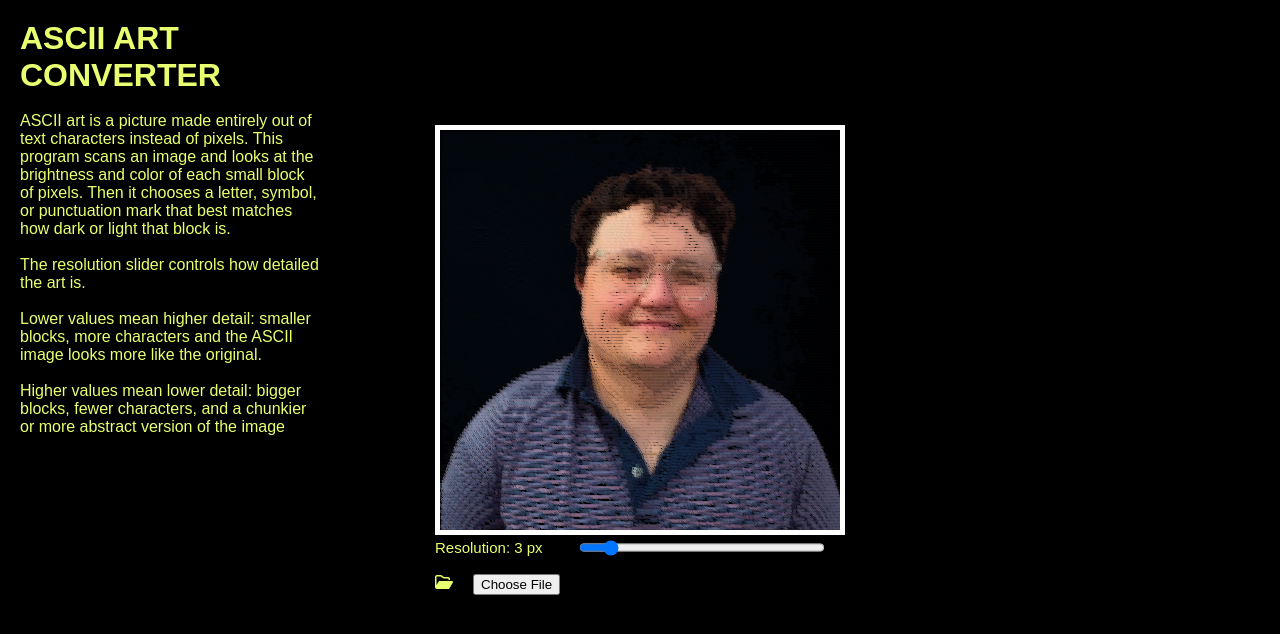
Repository: rosieomusic/ascii-art
Page: index.html
The author's editor kept a copy of each file at every save. The page is drawn from the files as they stood at one save, then again after the next save.
The browser window is 1280 px wide. The pictures show the whole page.
Some web libraries are served in a nearby version.

Above is the page before, as saved 2025-05-06 16:38:58.

### index.html
<!DOCTYPE html>
<html>
	<head>
		<meta charset="UTF-8" />
		<meta
			http-equiv="X-UA-Compatible"
			content="IE-edge"
		/>
		<title>ASCII CONVERTER</title>
		<link
			rel="stylesheet"
			href="styles.css"
		/>
		<script
			src="https://kit.fontawesome.com/56e0d45a0e.js"
			crossorigin="anonymous"
		></script>
	</head>
	<body>
		<div class="container">
			<canvas id="canvas1"></canvas>
			<div class="controls">
				<label
					for="resolution"
					id="resolutionLabel"
					>Resolution 5 px</label
				>
				<input
					type="range"
					id="resolution"
					name="resolution"
					min="1"
					max="20"
					value="3"
				/>
			</div>
			<br />
			<div id="upload">
				<i class="fa-regular fa-folder-open"></i>
				<input
					type="file"
					id="imageUpload"
					accept="image/*"
				/>
				<pre id="ascii-output"></pre>
				<canvas
					id="canvas2"
					style="display: none"
				></canvas>
			</div>
		</div>
		<div id="explaination">
			<h1>ASCII ART CONVERTER</h1>
			<br />
			<p>
				ASCII art is a picture made entirely out of text characters instead of
				pixels. This program scans an image and looks at the brightness and
				color of each small block of pixels. Then it chooses a letter, symbol,
				or punctuation mark that best matches how dark or light that block is.
			</p>
			<br />
			<p>The resolution slider controls how detailed the art is.</p>
			<br />
			<p>
				Lower values mean higher detail: smaller blocks, more characters and the
				ASCII image looks more like the original.
			</p>
			<br />
			<p>
				Higher values mean lower detail: bigger blocks, fewer characters, and a
				chunkier or more abstract version of the image
			</p>
		</div>

		<script src="script.js"></script>
	</body>
</html>

### styles.css
* {
	margin: 0;
	padding: 0;
	/* box-sizing: border-box; */
}
body {
	background: black;
}
.container {
	position: absolute;
	top: 50%;
	left: 50%;
	transform: translate(-50%, -50%);
}
#canvas1 {
	border: 5px solid white;
}
.controls {
	display: flex;
}
.controls > input {
	width: 60%;
}
.controls > label {
	font-family: Arial, Helvetica, sans-serif;
	width: 35%;
	color: #e9ff70;
	font-size: 15px;
}
i {
	color: #e9ff70;
	margin-right: 20px;
}
#upload {
	display: flex;
}
button {
	border-radius: 20px;
}

#explaination {
	font-family: Arial, Helvetica, sans-serif;
	margin: 20px;
	width: 300px;
	color: #e9ff70;
}

### script.js
const inputSlider = document.getElementById('resolution');
const inputLabel = document.getElementById('resolutionLabel');
const canvas = document.getElementById('canvas1');
const ctx = canvas.getContext('2d');

const image1 = new Image();
image1.src = 'img/roseomalleyheadshotblack.png';
inputSlider.addEventListener('change', handleSlider);

const imageUpload = document.getElementById('imageUpload');

imageUpload.addEventListener('change', function (event) {
	const file = event.target.files[0];
	if (!file) return;

	const reader = new FileReader();
	reader.onload = function (e) {
		image1.src = e.target.result; // This re-triggers image1.onload
	};
	reader.readAsDataURL(file);
});

class Cell {
	constructor(x, y, symbol, color, size) {
		this.x = x;
		this.y = y;
		this.symbol = symbol;
		this.color = color;
		this.size = size;
		//this.padding = this.size * 0.2;
	}
	draw(ctx) {
		ctx.font = `${this.size * 2}px Courier New`;
		//ctx.fillStyle = 'yellow';
		ctx.fillText(this.symbol, this.x + 1, this.y + 1, +this.size);

		ctx.fillStyle = this.color;
		ctx.fillText(this.symbol, this.x, this.y, this.size);
		ctx.textBaseline = 'top';
	}
}
class AsciiEffect {
	#imageCellArray = [];
	#pixels = [];
	#ctx;
	#width;
	#height;
	constructor(ctx, width, height) {
		this.#ctx = ctx;
		this.#width = width;
		this.#height = height;
		this.#ctx.drawImage(image1, 0, 0, this.#width, this.#height);
		this.#pixels = this.#ctx.getImageData(0, 0, this.#width, this.#height);
		//console.log(this.#pixels.data);
	}
	#convertToSymbol(g) {
		// @#W$9876543210?!abc;:+=-,._
		// .,:ilwW"
		// '$@B%8&WM#*oahkbdpqwmZO0QLCJUYXzcvunxrjft/|()1{}[]?-_+~<>i!lI;:,"^`'
		//`^",:;Il!i><~+_-?][}{1)(|/tfjrxnuvczXYUJCLQ0OZmwqpdbkhao*#MW&8%B@$

		const asciiGradient =
			' .`^",:;Il!i><~+_-?][}{1)(|/tfjrxnuvczXYUJCLQ0OZmwqpdbkhao*#MW&8%B@$';

		const index = Math.floor((g / 255) * (asciiGradient.length - 1));
		return asciiGradient[index];
	}

	#scanImage(cellSize) {
		this.#imageCellArray = [];
		const stepX = Math.floor(cellSize * 0.6);
		const stepY = cellSize;
		for (let y = 0; y < this.#pixels.height; y += stepY) {
			for (let x = 0; x < this.#pixels.width; x += stepX) {
				if (x >= this.#pixels.width || y >= this.#pixels.height) continue;
				const posX = x * 4;
				const posY = y * 4;
				const pos = (y * this.#pixels.width + x) * 4;

				if (this.#pixels.data[pos + 3] > 128) {
					const red = this.#pixels.data[pos];
					const green = this.#pixels.data[pos + 1];
					const blue = this.#pixels.data[pos + 2];
					const grayscale = 0.2126 * red + 0.7152 * green + 0.0722 * blue;

					//const color = 'yellow';
					//const color = grayscale > 110 ? 'white' : 'black';
					const total = red + green + blue;
					const averageColorValue = total / 3;
					const color = `rgb(${red}, ${green}, ${blue})`;
					const symbol = this.#convertToSymbol(averageColorValue);
					if (symbol)
						this.#imageCellArray.push(new Cell(x, y, symbol, color, cellSize));
				}
			}
		}
		//console.log(this.#imageCellArray);
	}
	#drawAscii() {
		this.#ctx.clearRect(0, 0, this.#width, this.#height);
		for (let i = 0; i < this.#imageCellArray.length; i++) {
			this.#imageCellArray[i].draw(this.#ctx);
		}
	}
	draw(cellSize) {
		this.#scanImage(cellSize);
		this.#drawAscii();
	}
}
let effect;
function handleSlider() {
	//console.log('Slider value: ', inputSlider.value);
	if (inputSlider.value == 1) {
		inputLabel.innerHTML = 'Original Image';
		ctx.drawImage(image1, 0, 0, canvas.width, canvas.height);
	} else {
		inputLabel.innerHTML = 'Resolution: ' + inputSlider.value + ' px';
		ctx.font = parseInt(inputSlider.value) * 2 + 'px Courier New';
		effect.draw(parseInt(inputSlider.value));
	}
}
image1.onload = function initialize() {
	//console.log('Image loaded: ', image1.src);
	//console.log('Image dimiensions: ', image1.width, image1.height);
	const maxDimension = 550;

	let scale = Math.min(
		maxDimension / image1.width,
		maxDimension / image1.height,
		1
	);

	const scaledWidth = image1.width * scale;
	const scaledHeight = image1.height * scale;
	canvas.width = scaledWidth;
	canvas.height = scaledHeight;

	ctx.clearRect(0, 0, canvas.width, canvas.height);
	ctx.drawImage(image1, 0, 0, scaledWidth, scaledHeight);

	effect = new AsciiEffect(ctx, scaledWidth, scaledHeight);
	//effect.draw(parseInt(inputSlider.value));

	const base64Image = canvas.toDataURL(image1);
	//console.log('Base64 image:', base64Image);

	handleSlider();
};
const string =
	'$@B%8&WM#*oahkbdpqwmZO0QLCJUYXzcvunxrjft/|()1{}[]?-_+~<>i!lI;:,"^`';

function reverseString(str) {
	const reversed = str.split('').reverse().join('');
	console.log(reversed);
	return reversed;
}

reverseString(string);

After the next save:
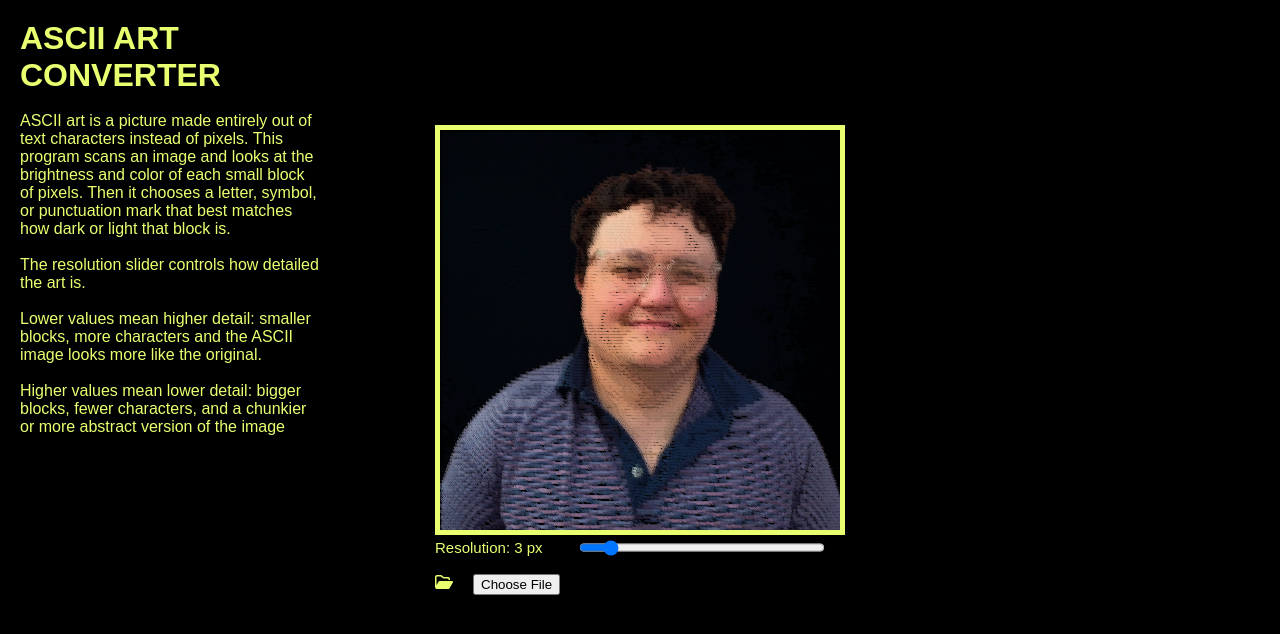
Saved 22 s later.
--- a/styles.css
+++ b/styles.css
@@ -13,7 +13,7 @@
 	transform: translate(-50%, -50%);
 }
 #canvas1 {
-	border: 5px solid white;
+	border: 5px solid #e9ff70;
 }
 .controls {
 	display: flex;

After the save that followed:
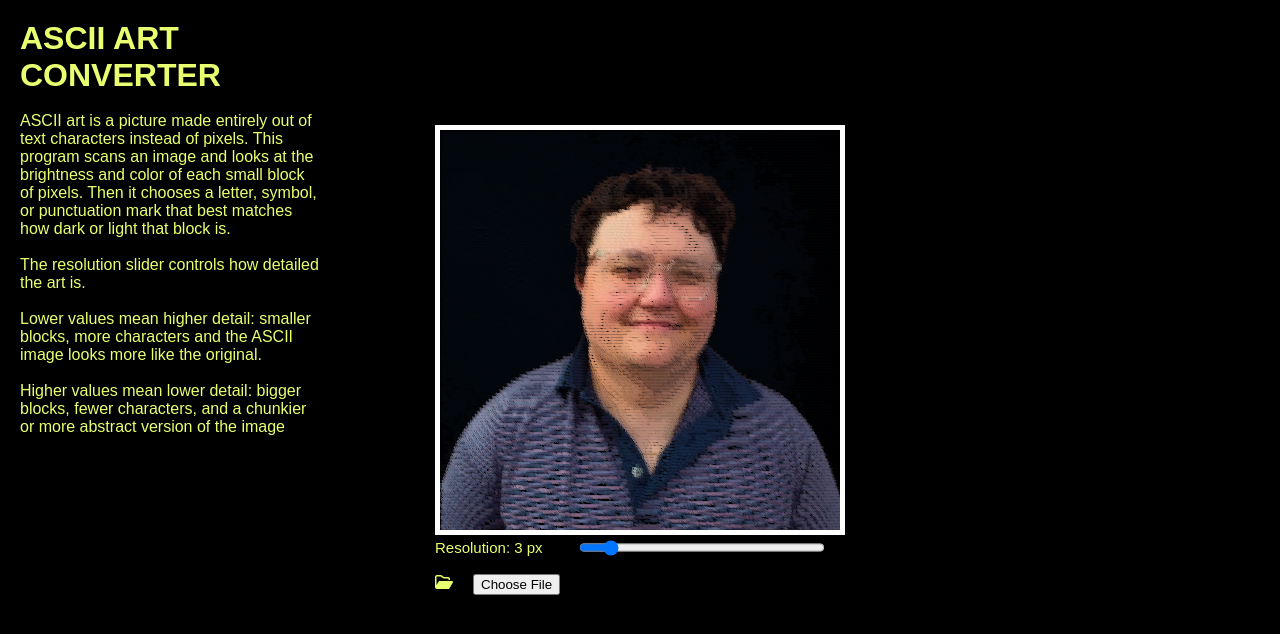
Saved 34 s later.
--- a/styles.css
+++ b/styles.css
@@ -13,7 +13,7 @@
 	transform: translate(-50%, -50%);
 }
 #canvas1 {
-	border: 5px solid #e9ff70;
+	border: 5px solid white;
 }
 .controls {
 	display: flex;
